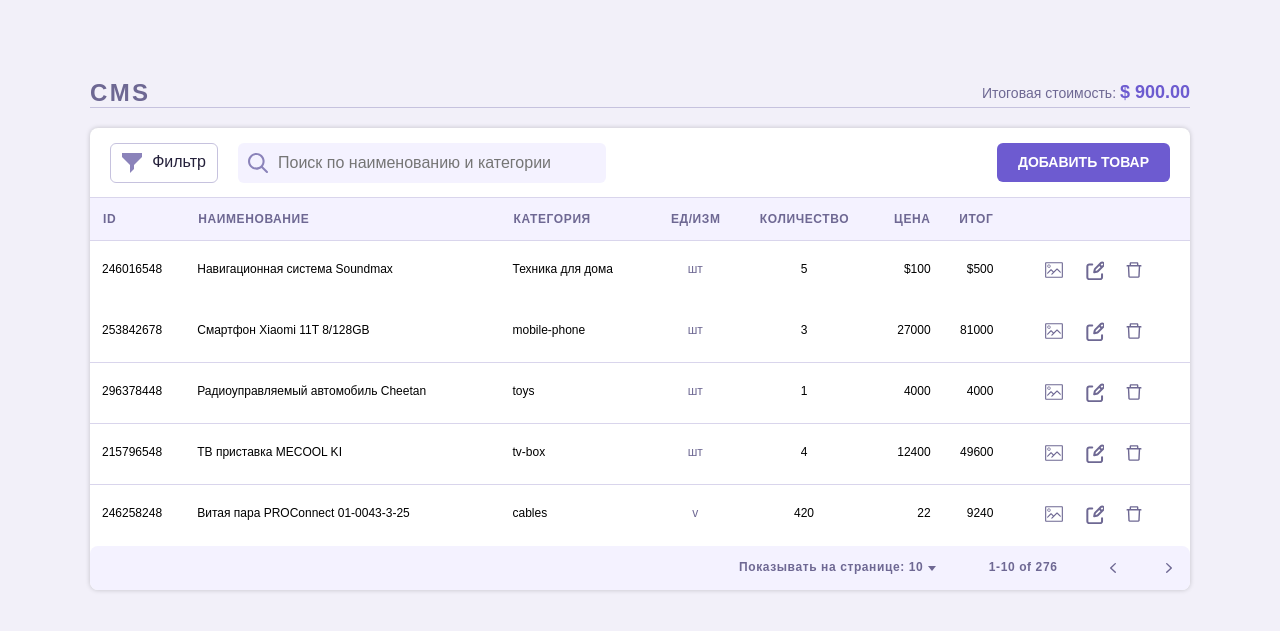
Repository: SayHelloLexa/CRM
Page: index.html
The author's editor kept a copy of each file at every save. The page is drawn from the files as they stood at one save, then again after the next save.
The browser window is 1280 px wide. The pictures show the whole page.

Above is the page before, as saved 2024-11-24 16:55:31.

### index.html
<!DOCTYPE html>
<html lang="ru">
<head>
    <meta charset="UTF-8">
    <meta name="viewport" content="width=device-width,  initial-scale=1.0">
    <link rel="stylesheet" href="CSS/index.css">
    <script defer src="script.js"></script>
    <title>CRM</title>
</head>
<body>

    <header class="header">
        <div class="container container_main">
            <div class="flex-container">
                <h1 class="header__title">Cms</h1>
                <p class="total-cost total-cost_header">
                    Итоговая стоимость:
                    <span class="total-cost__count">$ 900.00</span>
                </p>
            </div>
        </div>
    </header>

    <main class="main">
        <div class="container container_main">
            <div class="crm">
                <nav class="crm__nav">
                    <ul class="crm__list">
                        <li class="crm__item">
                            <div class="flex-container">
                                <button class="filter" type="button">
                                    <img src="img/Filter.svg" alt="иконка фильтра">
                                    Фильтр
                                </button>

                                <input class="crm__search"
                                    type="search"
                                    name="search"
                                    id="search"
                                    placeholder="Поиск по наименованию и категории"
                                >
                            </div>
                        </li>

                        <li class="crm__item">
                            <button class="call-modal" type="button">Добавить товар</button>
                        </li>
                    </ul>
                </nav>

                <div class="table-wrapper">
                    <table class="table crm__table">
                        <thead class="table__thead">
                            <tr class="table__row table__row_head">
                                <th class="table__head table__head_id">ID</th>
                                <th class="table__head table__head_name">Наименование</th>
                                <th class="table__head table__head_category">Категория</th>
                                <th class="table__head table__head_unit">ед/изм</th>
                                <th class="table__head table__head_unit-count">количество</th>
                                <th class="table__head table__head_price">цена</th>
                                <th class="table__head table__head_sum">ИТОГ</th>
                                <th class="table__head table__head_btn">&nbsp</th>
                            </tr>
                        </thead>

                        <tbody class="tbody table__tbody">
                            <tr>
                                <td class="table__data table__data_id">246016548</td>
                                <td class="table__data table__data_name">Навигационная система Soundmax</td>
                                <td class="table__data table__data_category">Техника для дома</td>
                                <td class="table__data table__data_unit">шт</td>
                                <td class="table__data table__data_unit-count">5</td>
                                <td class="table__data table__data_price">$100</td>
                                <td class="table__data table__data_sum">$500</td>
                                <td class="table__data table__data_btn">
                                    <button type="button">
                                        <img src="img/clarity_picture-line.svg" alt="иконка изображения товара">
                                    </button>

                                    <button type="button">
                                        <img src="img/akar-icons_edit.svg" alt="иконка редактирования">
                                    </button>

                                    <button type="button">
                                        <img src="img/ant-design_delete-outlined.svg" alt="иконка удаления">
                                    </button>
                                </td>
                            </tr>
                        </tbody>
                    </table>

                    <div class="foot crm__foot">
                        <ul class="foot__list">
                            <li class="foot__item foot__item_flex foot__item_first-col">
                                <p>Показывать на странице: 10</p>
                                <button type="button">
                                    <img src="img/more-icon.svg" alt="показать больше">
                                </button>
                            </li>

                            <li class="foot__item">
                                1-10 of 276
                            </li>

                            <li class="foot__item foot__item_flex foot__item_end-col">
                                <button type="button">
                                    <img src="img/toggle-back.svg" alt="переключить назад">
                                </button>

                                <button type="button">
                                    <img src="img/toggle-next.svg" alt="переключить вперед">
                                </button>
                            </li>
                        </ul>
                    </div>
                </div>
            </div>
        </div>
    </main>

    <div class="overlay">
        <div class="modal">
            <button class="modal__exit-button" type="button">
                <img src="img/circle-button.svg" alt="exit">
            </button>

            <div class="container container_modal">
                <form
                    class="form"
                    action="https://jsonplaceholder.typicode.com/posts"
                    method="POST"
                >
                    <h1 class="form__title">Добавить товар</h1>

                    <div class="form__content">
                        <div class="input-wrapper input-wrapper_name">
                            <label class="form__label" for="product-name">Наименование</label>
                            <input class="form__input" type="text" name="product-name" id="product-name">
                        </div>

                        <div class="input-wrapper input-wrapper_category">
                            <label class="form__label" for="category">Категория</label>
                            <input class="form__input" type="text" name="category" id="category">
                        </div>

                        <div class="input-wrapper input-wrapper_unit">
                            <label class="form__label" for="units">Единицы измерения</label>
                            <input class="form__input" type="text" name="units" id="units">
                        </div>

                        <div class="input-wrapper input-wrapper_discount">
                            <label class="form__label" for="discount">Дисконт</label>

                            <div class="checkbox-container">
                                <input class="form__input form__input_checkbox" type="checkbox" name="discount" id="discount">
                                <input class="form__input form__input_disabled" type="text" name="discount-code" disabled>
                            </div>
                        </div>

                        <div class="input-wrapper input-wrapper_description">
                            <label class="form__label" for="description">Описание</label>
                            <textarea class="form__textarea" name="description" id="description"></textarea>
                        </div>

                        <div class="input-wrapper input-wrapper_count">
                            <label class="form__label" for="quantity">Количество</label>
                            <input class="form__input form__input_number" type="number" name="quantity" id="quantity" min="1">
                        </div>


                        <div class="input-wrapper input-wrapper_price">
                            <label class="form__label" for="price">Цена</label>
                            <input class="form__input form__input_number" type="number" name="price" id="price" min="1">
                        </div>

                        <div class="input-wrapper input-wrapper_file">
                            <label class="form__label form__label_file" for="product-img">Добавить изображение</label>

                            <input class="form__input form__input_file"
                                type="file"
                                name="product"
                                id="product-img"
                                accept="image/png, image/jpeg"
                            >
                        </div>
                    </div>

                    <div class="sub-wrapper">
                        <p class="total-cost">Итоговая стоимость: <span class="total-cost__count">$ 900.00</span></p>

                        <button class="form__submit-button" type="submit">Добавить товар</button>
                    </div>
                </form>
            </div>
        </div>
    </div>

    <div class="overlay">
        <div class="modal">
            <button class="modal__exit-button" type="button" title="Закрыть">
                <svg width="24" height="24" viewBox="0 0 24 24" fill="currentColor" xmlns="http://www.w3.org/2000/svg">
                    <path d="M2 2L22 22" stroke="#6E6893" stroke-width="3" stroke-linecap="round" />
                    <path d="M2 22L22 2" stroke="#6E6893" stroke-width="3" stroke-linecap="round" />
                </svg>
            </button>

            <div class="container container_modal">
                <form
                    class="form"
                    action="https://jsonplaceholder.typicode.com/posts"
                    method="POST"
                >
                    <h1 class="form__title">Изменить товар</h1>

                    <p class="form__product-id">id: 201910241</p>

                    <div class="form__content">
                        <div class="input-wrapper input-wrapper_name">
                            <label class="form__label" for="product-name">Наименование</label>
                            <input class="form__input" type="text" name="product-name" id="product-name">
                        </div>

                        <div class="input-wrapper input-wrapper_category">
                            <label class="form__label" for="category">Категория</label>
                            <input class="form__input" type="text" name="category" id="category">
                        </div>

                        <div class="input-wrapper input-wrapper_unit">
                            <label class="form__label" for="units">Единицы измерения</label>
                            <input class="form__input" type="text" name="units" id="units">
                        </div>

                        <div class="input-wrapper input-wrapper_discount">
                            <label class="form__label" for="discount">Дисконт</label>

                            <div class="checkbox-container">
                                <input class="form__input form__input_checkbox" type="checkbox" name="discount" id="discount">
                                <input class="form__input form__input_disabled" type="text" name="discount-code" disabled>
                            </div>
                        </div>

                        <div class="input-wrapper input-wrapper_description">
                            <label class="form__label" for="description">Описание</label>
                            <textarea class="form__textarea" name="description" id="description"></textarea>
                        </div>

                        <div class="input-wrapper input-wrapper_count">
                            <label class="form__label" for="quantity">Количество</label>
                            <input class="form__input form__input_number" type="number" name="quantity" id="quantity" min="1">
                        </div>


                        <div class="input-wrapper input-wrapper_price">
                            <label class="form__label" for="price">Цена</label>
                            <input class="form__input form__input_number" type="number" name="price" id="price" min="1">
                        </div>

                        <div class="input-wrapper input-wrapper_file">
                            <label class="form__label form__label_file" for="product-img">Добавить изображение</label>

                            <input class="form__input form__input_file"
                                type="file"
                                name="product"
                                id="product-img"
                                accept="image/png, image/jpeg"
                            >
                        </div>
                    </div>

                    <div class="sub-wrapper">
                        <p class="total-cost">Итоговая стоимость: <span class="total-cost__count">$ 900.00</span></p>

                        <button class="form__submit-button" type="submit">Добавить товар</button>
                    </div>
                </form>
            </div>
        </div>
    </div>
</body>
</html>

### script.js
'use strict';

const modalFormTitle = document.querySelectorAll('.form__title');
const productId = document.querySelectorAll('.form__product-id');
const modalForm = document.querySelectorAll('.form');
const checkbox = document.querySelectorAll('.form__input_checkbox');
const disabledInput = document.querySelectorAll('.form__input_disabled');
const totalCost = document.querySelectorAll('.total-cost__count');

const createRow = (obj) => {
  const tr = document.createElement('tr');
  const table = document.querySelector('.crm__table');

  tr.insertAdjacentHTML('beforeend', `
    <td class="table__data table__data_id">${obj.id}</td>
    <td class="table__data table__data_name">${obj.title}</td>
    <td class="table__data table__data_category">${obj.category}</td>
    <td class="table__data table__data_unit">${obj.units}</td>
    <td class="table__data table__data_unit-count">${obj.count}</td>
    <td class="table__data table__data_price">${obj.price}</td>
    <td class="table__data table__data_sum">${obj.price * obj.count}</td>
    <td class="table__data table__data_btn">
      <button type="button">
        <img src="img/clarity_picture-line.svg" alt="иконка изображения товара">
      </button>

      <button type="button">
        <img src="img/akar-icons_edit.svg" alt="иконка редактирования товара">
      </button>

      <button type="button">
        <img src="img/ant-design_delete-outlined.svg" alt="иконка удаления">
      </button>
    </td>
  `);

  table.insertAdjacentElement('beforeend', tr);
}

const renderGoods = (objArr) => {
  objArr.forEach(obj => {
    createRow(obj);
  });
}


const obj = [
  {
    "id": 253842678,
    "title": "Смартфон Xiaomi 11T 8/128GB",
    "price": 27000,
    "description": "Смартфон Xiaomi 11T – это представитель флагманской линейки, выпущенной во второй половине 2021 года. И он полностью соответствует такому позиционированию, предоставляя своим обладателям возможность пользоваться отличными камерами, ни в чем себя не ограничивать при запуске игр и других требовательных приложений.",
    "category": "mobile-phone",
    "discont": false,
    "count": 3,
    "units": "шт",
    "images": {
      "small": "img/smrtxiaomi11t-m.jpg",
      "big": "img/smrtxiaomi11t-b.jpg"
    }
  },
  {
    "id": 296378448,
    "title": "Радиоуправляемый автомобиль Cheetan",
    "price": 4000,
    "description": "Внедорожник на дистанционном управлении. Скорость 25км/ч. Возраст 7 - 14 лет",
    "category": "toys",
    "discont": 5,
    "count": 1,
    "units": "шт",
    "images": {
      "small": "img/cheetancar-m.jpg",
      "big": "img/cheetancar-b.jpg"
    }
  },
  {
    "id": 215796548,
    "title": "ТВ приставка MECOOL KI",
    "price": 12400,
    "description": "Всего лишь один шаг сделает ваш телевизор умным, Быстрый и умный MECOOL KI PRO, прекрасно спроектированный, сочетает в себе прочный процессор Cortex-A53 с чипом Amlogic S905D",
    "category": "tv-box",
    "discont": 15,
    "count": 4,
    "units": "шт",
    "images": {
      "small": "img/tvboxmecool-m.jpg",
      "big": "img/tvboxmecool-b.jpg"
    }
  },
  {
    "id": 246258248,
    "title": "Витая пара PROConnect 01-0043-3-25",
    "price": 22,
    "description": "Витая пара Proconnect 01-0043-3-25 является сетевым кабелем с 4 парами проводов типа UTP, в качестве проводника в которых используется алюминий, плакированный медью CCA. Такая неэкранированная витая пара с одножильными проводами диаметром 0.50 мм широко применяется в процессе сетевых монтажных работ. С ее помощью вы сможете обеспечить развертывание локальной сети в домашних условиях или на предприятии, объединить все необходимое вам оборудование в единую сеть.",
    "category": "cables",
    "discont": false,
    "count": 420,
    "units": "v",
    "images": {
      "small": "img/lan_proconnect43-3-25.jpg",
      "big": "img/lan_proconnect43-3-25-b.jpg"
    }
  }
];

renderGoods(obj);

### CSS/main.css
.main {
    padding-top: 20px;
    padding-bottom: 110px;
}

### CSS/crm/crm.css
.crm {
    max-width: 100%;
    border-radius: 8px;
    background: #fff;
    box-shadow: 0 0 5px 0 rgba(0, 0, 0, 0.2);
}

### CSS/crm/__list/crm__list.css
.crm__list {
    display: flex;
    justify-content: space-between;
}

### CSS/table-wrapper.css
.table-wrapper {
    overflow: auto;
}

### CSS/crm/__table/crm__table.css
.crm__table {
    min-width: 1100px;
}

.crm__table, td, th {
    border: 0;
    border-collapse: collapse;
}

.crm__table tr:not(:last-child) {
    box-shadow: inset 0 -1px 0 0 #D9D5EC;
}

### CSS/table/__thead/table__thead.css
.table__thead {
    background: #f4f2ff;
    text-align: left;
}

### CSS/table/__head/table__head.css
.table__head {
    padding-left: 13px;
    box-shadow: inset 0 -1px 0 0 #D9D5EC;
}

### CSS/table/__head/_unit/table__head_unit.css
.table__head_unit {
    text-align: center;
}

### CSS/table/__head/_unit-count/table__head_unit-count.css
.table__head_unit-count {
    text-align: center;
}

### CSS/table/__head/_price/table__head_price.css
.table__head_price {
    text-align: right;
}

### CSS/table/__head/_sum/table__head_sum.css
.table__head_sum {
    text-align: right;
}

### CSS/table/__data/table__data.css
.table__data {
    padding-top: 19px;
    padding-bottom: 22px;
    padding-left: 12px;
    font-size: 12px;
}

@media (max-width: 992px) {
    .table__data {
        font-size: 10px;
    }
}

### CSS/table/__data/_unit/table__data_unit.css
.table__data_unit {
    text-align: center;
    color: #6e6893;
}

### CSS/table/__data/_unit-count/table__data_unit-count.css
.table__data_unit-count {
    text-align: center;
}

### CSS/table/__data/_price/table__data_price.css
.table__data_price {
    text-align: right;
}

### CSS/table/__data/_sum/table__data_sum.css
.table__data_sum {
    text-align: right;
}

### CSS/crm/__foot/crm__foot.css
.crm__foot {
    min-width: 1100px;
    padding: 15px 18px 15px 649px;
    border-radius: 8px;
    background: #F4F2FF;
}

### CSS/foot/__list/foot__list.css
.foot__list {
    display: flex;
    justify-content: space-between;
}

@media (max-width: 992px) {
    .foot__list li {
        font-size: 10px;
    }
}

### CSS/foot/__item/foot__item.css
.foot__item {
    font-weight: 600;
    font-size: 12px;
    letter-spacing: 0.05em;
    color: #6e6893;
}

### CSS/foot/__item/_flex/foot__item_flex.css
.foot__item_flex {
    display: flex;
    align-items: center;
}

### CSS/foot/__item/_first-col/foot__item_first-col.css
.foot__item_first-col {
    column-gap: 5px;
}

### CSS/foot/__item/_end-col/foot__item_end-col.css
.foot__item_end-col {
    column-gap: 50px;
}

### CSS/overlay.css
.overlay {
  position: fixed;
  display: none;
  align-items: center;
  width: 100%;
  height: 100%;
  top: 0;
  left: 0;
  right: 0;
  bottom: 0;
  background-color: #36363680;
  z-index: 2;
  overflow-y: auto;
}

### CSS/overlay_display_flex.css
.overlay_display_flex {
  display: flex;
}

### CSS/form/form.css
.form {
  position: relative;
}

### CSS/form/__product-id/form__product-id.css
.form__product-id {
  position: absolute;
  top: 0;
  right: 0;
  font-weight: 600;
  font-size: 10px;
  text-transform: uppercase;
  color: #c5c5c5;
}

### CSS/form/__input/form__input.css
.form__input {
  display: block;
  border: none;
  border-radius: 6px;
  width: 250px;
  height: 40px;
  background: #f4f2ff;
}

@media (max-width: 1065px) {
  .form__input {
    width: 228px;
    height: 35px;
  }
}

@media (max-width: 768px) {
  .form__input {
    height: 25px;
  }
}

### CSS/form/checkbox-container.css
.checkbox-container {
  display: flex;
  margin-bottom: 12px;
  column-gap: 10px;
}

### CSS/form/__input/form-input_disabled.css
.form__input_disabled {
  max-width: 200px;
  margin: 0;
  background: #eee;
}

@media (max-width: 1065px) {
  .form__input_disabled {
    max-width: 175px;
  }
}

@media (max-width: 768px) {
  .form__input_disabled {
    max-width: 192px;
  }
}

### CSS/form/__input/form__input_number.css
input::-webkit-outer-spin-button,
input::-webkit-inner-spin-button {
  -webkit-appearance: none;
  margin: 0;
}

input[type=number] {
  -moz-appearance: textfield;
}

### CSS/form/sub-wrapper.css
.sub-wrapper {
    display: flex;
    padding-top: 28px;
    justify-content: space-between;
    align-items: center;
}

@media (max-width: 768px) {
    .sub-wrapper {
        flex-direction: column;
        row-gap: 20px;
        padding-top: 20px;
    }
}

Loaded but not shown: CSS/normalize.css (library); CSS/index.css (54 lines, source omitted); CSS/global.css (133 lines, source omitted); CSS/form/__content/form__content.css (92 lines, source omitted); CSS/form/__input/form__input_checkbox.css (57 lines, source omitted); CSS/crm/__nav/crm__nav.css (54 lines, source omitted); CSS/crm/__search/crm__search.css (36 lines, source omitted); CSS/form/__title/form__title.css (54 lines, source omitted); CSS/crm/__item/crm__item.css (42 lines, source omitted); CSS/form/__label/form__label.css (42 lines, source omitted); CSS/modal/modal__exit-button.css (38 lines, source omitted); CSS/form/__submit-button/form__submit-button.css (28 lines, source omitted); CSS/modal/modal.css (25 lines, source omitted); CSS/form/__input/form__input_file.css (22 lines, source omitted); CSS/table/__data/_btn/table__data_btn.css (21 lines, source omitted); CSS/form/__textarea/form__textarea.css (22 lines, source omitted); CSS/header.css (17 lines, source omitted); CSS/table/__row/_head/table__row_head.css (18 lines, source omitted); CSS/form/total-cost.css (21 lines, source omitted)

After the next save:
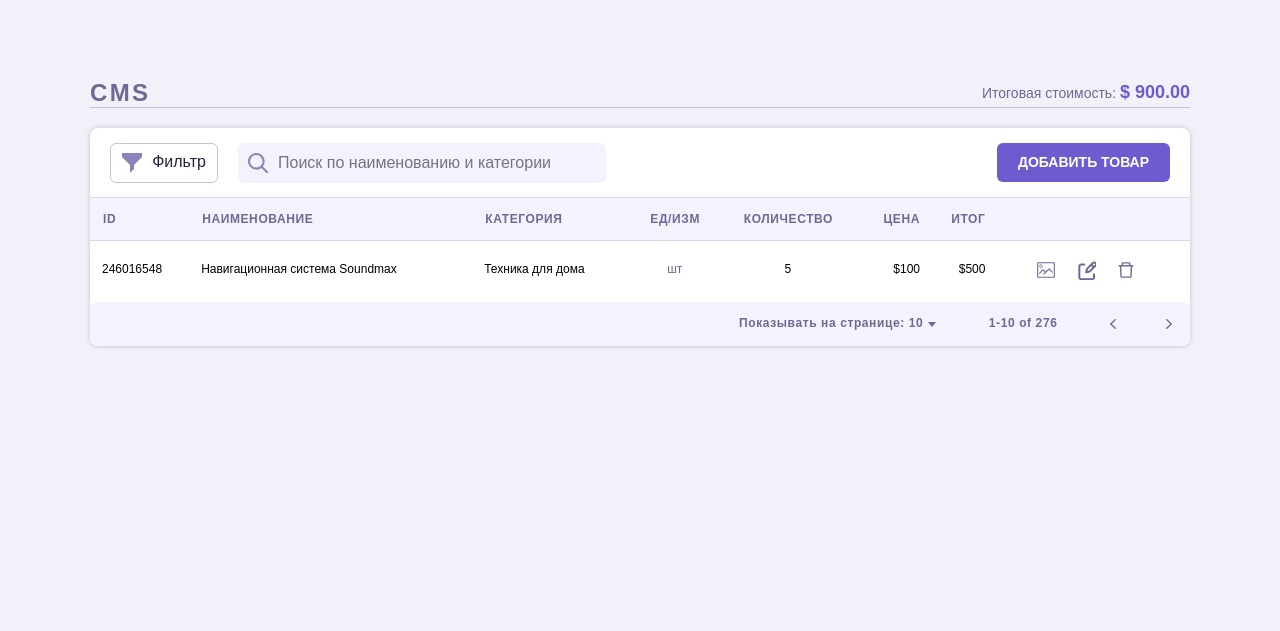
Console error (its wording comes from the project's code and is left out).
Saved 11 min 29 s later.
--- a/script.js
+++ b/script.js
@@ -9,7 +9,7 @@
 
 const createRow = (obj) => {
   const tr = document.createElement('tr');
-  const table = document.querySelector('.crm__table');
+  const table = document.querySelector('.crm__table .');
 
   tr.insertAdjacentHTML('beforeend', `
     <td class="table__data table__data_id">${obj.id}</td>

After the save that followed:
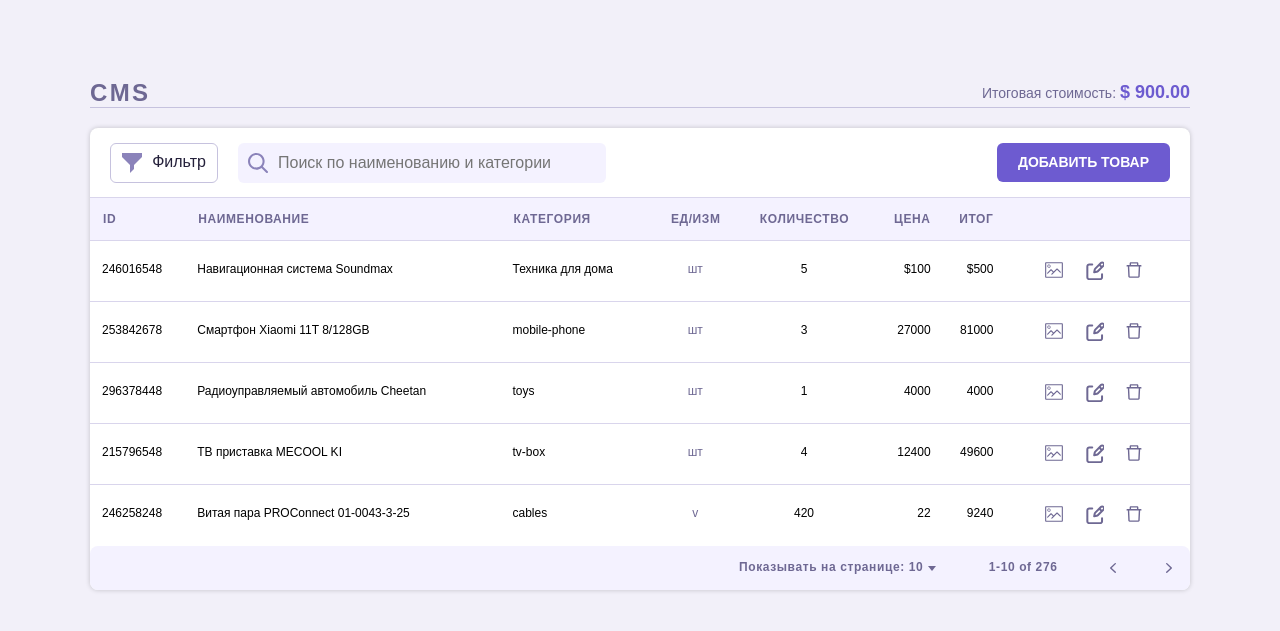
The error is gone.
Saved 10 s later.
--- a/script.js
+++ b/script.js
@@ -9,7 +9,7 @@
 
 const createRow = (obj) => {
   const tr = document.createElement('tr');
-  const table = document.querySelector('.crm__table .');
+  const table = document.querySelector('.crm__table .tbody');
 
   tr.insertAdjacentHTML('beforeend', `
     <td class="table__data table__data_id">${obj.id}</td>
